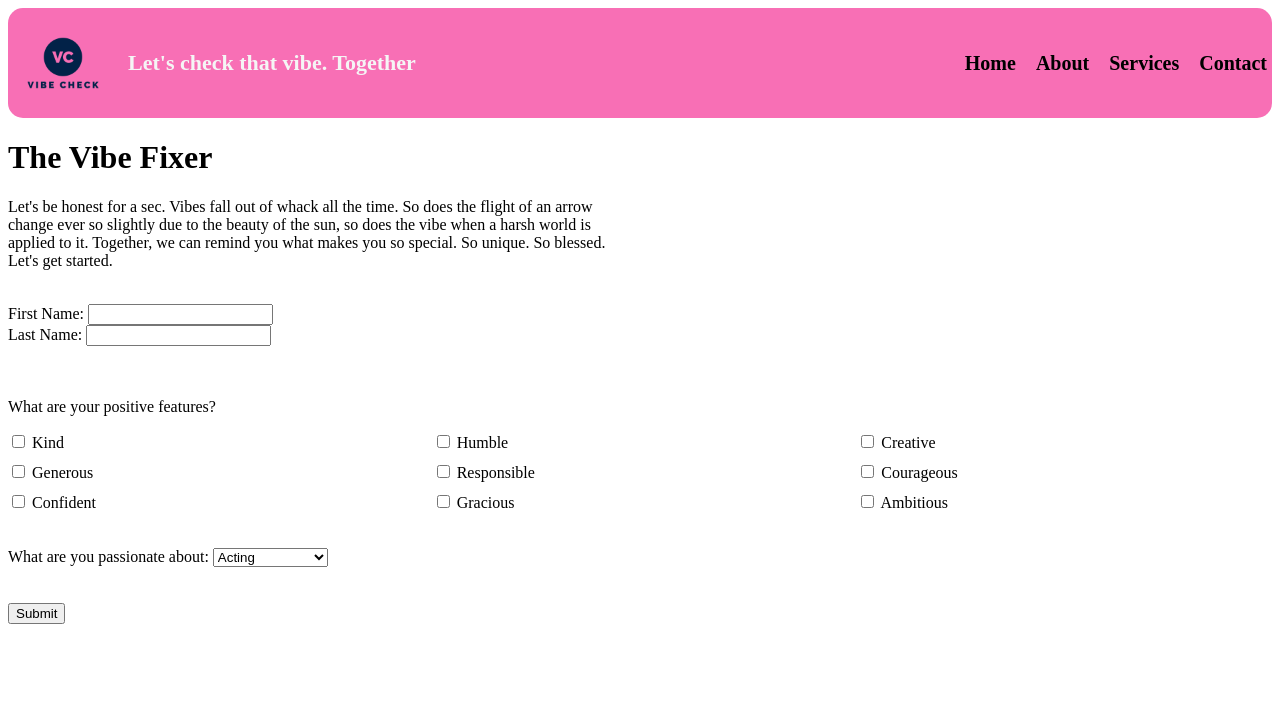
Repository: Chadloswald/Dis-Service
Page: docs/index.html
An editor plug-in stored every save of this project. The page is shown before and after the next save, followed by the edit.
The browser window is 1280 px wide. The pictures show the whole page.

Above is the page before, as saved 2023-05-02 11:04:22.

### docs/index.html
<!DOCTYPE html>
<html>
<head>
	<title>Dis-Service</title>
	<link rel="stylesheet" type="text/css" href="styles.css">
	<script src="scripts.js"></script>
</head>
<body>
	<header>
		<div class="logo">
		  <img src="logo.jpeg" alt="Logo">
		  <h1>Let's check that vibe. Together</h1>
		</div>
		<nav>
		  <ul>
			<li><a href="#">Home</a></li>
			<li><a href="#">About</a></li>
			<li><a href="#">Services</a></li>
			<li><a href="#">Contact</a></li>
		  </ul>
		</nav>
	  </header>
	<h1>The Vibe Fixer</h1>
	  <p>Let's be honest for a sec. Vibes fall out of whack all the time. So does the flight of an arrow change ever so slightly due to the beauty of the sun, so does the vibe when a harsh world is applied to it. Together, we can remind you what makes you so special. So unique. So blessed. Let's get started.</p>
	  <br>
	<form>

		<label>
			First Name:
			<input type="text" name="firstname" id="firstname">
		</label>
		<label>
			Last Name:
			<input type="text" name="lastname" id="lastname">
		</label>
		<br><br>
		<!-- ----------------------------------------- -->
		<p>What are your positive features?</p>
		<div id="checkbox-grid">
		<label>
			<input type="checkbox" name="option1" value="cruel">
			Kind
		</label>
		<label>
			<input type="checkbox" name="option2" value="arrogant">
			Humble
		</label>
		<label>
			<input type="checkbox" name="option3" value="mundane">
			Creative
		</label>
		<label>
			<input type="checkbox" name="option4" value="greedy">
			Generous
		</label>
		<label>
			<input type="checkbox" name="option5" value="irressponsible">
			Responsible
		</label>
		<label>
			<input type="checkbox" name="option6" value="cowardly">
			Courageous
		</label>
		<label>
			<input type="checkbox" name="option7"value="insecure">
			Confident
		</label>
		<label>
			<input type="checkbox" name="option8" value="ungrateful">
			Gracious
		</label>
		<label>
			<input type="checkbox" name="option9" value="apathetic">
			Ambitious
		</label>
	</div>
	<br><br>
		<!-- ------------------------------------------------- -->
		<label>
			What are you passionate about:
			<select id="dropdown">
				<option value="you on stage makes Kristen Stewart's performance in Twilight look Oscar worthy">Acting</option>
				<option value="we checked your chart and your big three are all in ugly">Astrology</option>
				<option value="the next time you get our your telescope I'm going to shine a flashlight right down the tube">Astronomy</option>
				<option value="that bottom is so soggy that Paul Hollywood would never shake your hand">Baking</option>
				<option value="I'm sure your 12 followers are just riveted">Blogging</option>
				<option value="option5">Calligraphy</option>
				<option value="option6">Ceramics</option>
				<option value="option7">Chess</option>
				<option value="option8">Collecting</option>
				<option value="it's called salt! Try using it sometime">Cooking</option>
				<option value="option10">Dancing</option>
				<option value="option10">Drawing</option>
				<option value="option10">Film-making</option>
				<option value="option10">Gardening</option>
				<option value="option10">Hiking</option>
				<option value="option10">Jewelry-making</option>
				<option value="option10">Knitting</option>
				<option value="option10">Meditation</option>
				<option value="option10">Music</option>
				<option value="option10">Painting</option>
				<option value="option10">Photography</option>
				<option value="option10">Playing sports</option>
				<option value="option10">Pottery</option>
				<option value="option10">Reading</option>
				<option value="option10">Running</option>
				<option value="option10">Singing</option>
				<option value="option10">Traveling</option>
				<option value="option10">Volunteering</option>
				<option value="option10">Woodworking</option>
				<option value="option10">Writing</option>
				<option value="option10">Yoga</option>
			</select>
		</label>
		<br><br>
		<input type="submit" value="Submit" onclick="displayMessage()">
	</form>
</body>
</html>

### docs/styles.css
label {
	display: block;
}

#checkbox-grid {
	display: grid;
	grid-template-columns: repeat(3, 1fr);
	grid-gap: 10px;
  }

  #checkbox-grid label {
	display: block;
  }

  header {
	background-color: #f86fb5;
	color: whitesmoke;
	display: flex;
	justify-content: space-between;
	align-items: center;
	padding: 5px;
	border-radius: 15px;
  }

  header h1 {
	font-size: 22px;
  }

  .logo {
	display: flex;
	align-items: center;
  }

  .logo img {
	height: 100px;
	margin-right: 15px;
  }

  nav ul {
	display: flex;
	list-style: none;
  }

  nav li {
	margin-left: 20px;
  }

  nav a {
	color: black;
	text-decoration: none;
	font-weight: bold;
	font-size: 20px;
  }

  p {
	max-width: 600px;
  }

### docs/scripts.js
function displayMessage() {
	// get the values of the input fields
	var firstname = document.getElementById("firstname").value;
	var lastname = document.getElementById("lastname").value;

	// get the values of the selected checkboxes
	var checkboxes = document.querySelectorAll('input[type="checkbox"]:checked');
	var selected = [];
	for (var i = 0; i < checkboxes.length; i++) {
		selected.push(checkboxes[i].value);
	}

	// get the value of the selected option in the dropdown menu
	var dropdown = document.getElementById("dropdown");
	var selectedOption = dropdown.options[dropdown.selectedIndex].value;

	// create an array of names
	var names = ["Smellward", "Poopington", "Fartsman", "Cheesewick", "McLoser", "Hoobitoob", "Cramsworth", "Plooperbum", "Frimblebim", "Feebrizz"];

	// randomly select two names from the array
	var randomIndex1 = Math.floor(Math.random() * names.length);
	var randomIndex2 = Math.floor(Math.random() * names.length);
	while (randomIndex1 === randomIndex2) {
		randomIndex2 = Math.floor(Math.random() * names.length);
	}
	var randomName1 = names[randomIndex1];
	var randomName2 = names[randomIndex2];

	// construct the message
	var message = "Hey " + firstname + " " + lastname + "! Here's a message to cheer you up! You are an " + selected.join(", ") + " little jerk, and " + selectedOption + ". \nYou have lost the right to use the name " + firstname + " " + lastname + ", you nerd. You will be henceforth known as " + randomName1 + " " + randomName2 + ". May shame follow your family for 1000 years.";

	// display the message in an alert box
	alert(message);
}

After the next save:
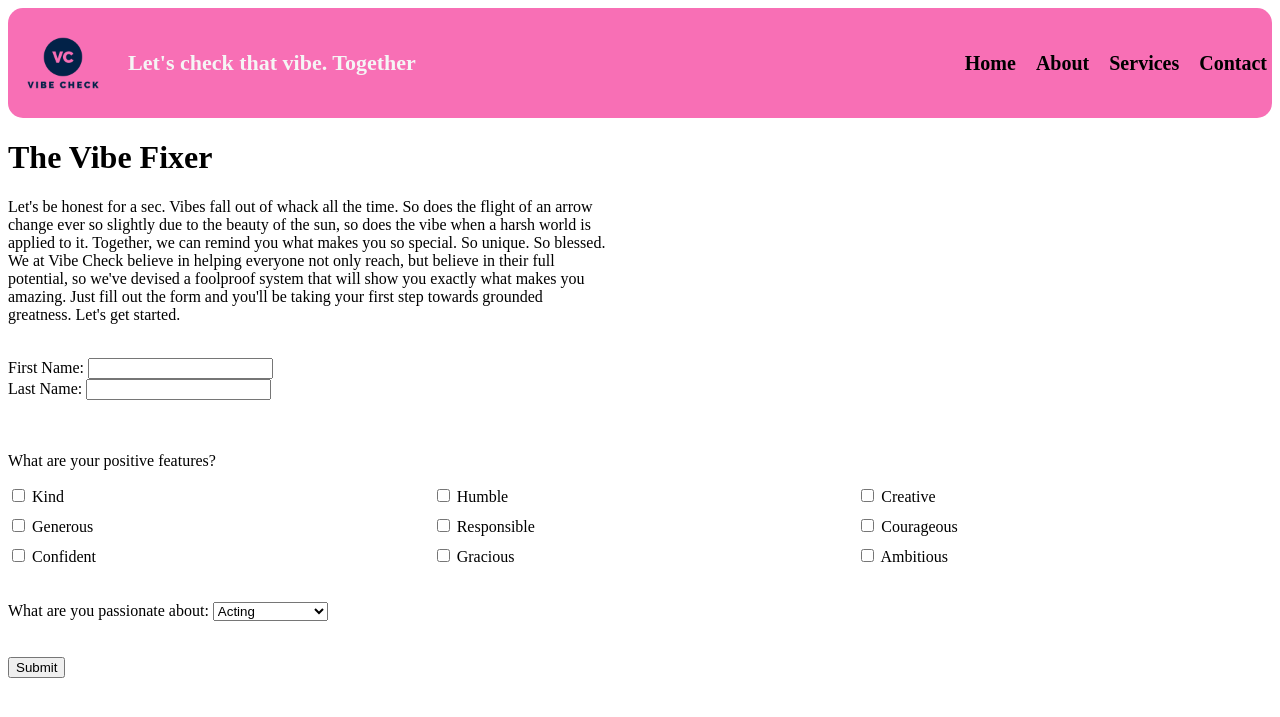
Saved 2 min 49 s later.
--- a/docs/index.html
+++ b/docs/index.html
@@ -21,7 +21,7 @@
 		</nav>
 	  </header>
 	<h1>The Vibe Fixer</h1>
-	  <p>Let's be honest for a sec. Vibes fall out of whack all the time. So does the flight of an arrow change ever so slightly due to the beauty of the sun, so does the vibe when a harsh world is applied to it. Together, we can remind you what makes you so special. So unique. So blessed. Let's get started.</p>
+	  <p>Let's be honest for a sec. Vibes fall out of whack all the time. So does the flight of an arrow change ever so slightly due to the beauty of the sun, so does the vibe when a harsh world is applied to it. Together, we can remind you what makes you so special. So unique. So blessed. We at Vibe Check believe in helping everyone not only reach, but believe in their full potential, so we've devised a foolproof system that will show you exactly what makes you amazing. Just fill out the form and you'll be taking your first step towards grounded greatness. Let's get started.</p>
 	  <br>
 	<form>
 
